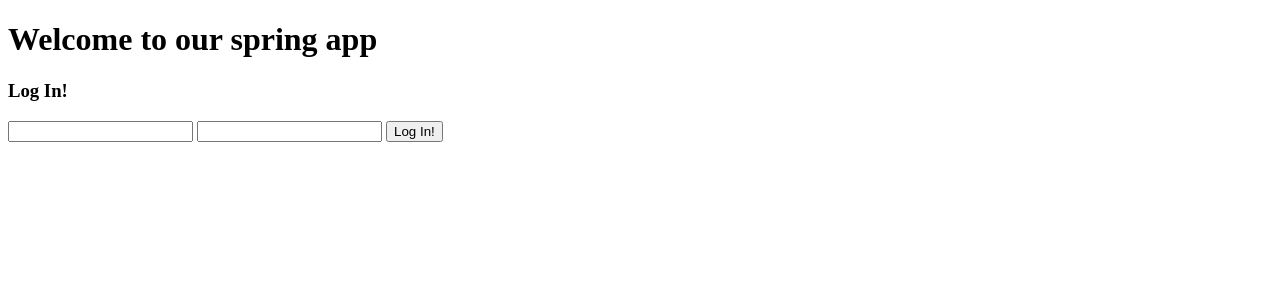
Repository: 10michael30/RevatureNotes
Page: Week6_Spring/spring-mvc/src/main/webapp/static/home.html
The author's editor kept a copy of each file at every save. The page is drawn from the files as they stood at one save, then again after the next save.
The browser window is 1280 px wide. The pictures show the whole page.

Above is the page before, as saved 2018-09-06 17:41:01.

### Week6_Spring/spring-mvc/src/main/webapp/static/home.html
<!DOCTYPE html>
<html>
<head>
<meta charset="ISO-8859-1">
<title>Home</title>
</head>
<body>
<h1>Welcome to our spring app</h1>


<h3>Log In!</h3>

<form action="login" method="post">
<input type="text" name="username"/>
<input type="password" name="password"/>
<input type="submit" value="Log In!"/>


</form>
</body>
</html>

After the next save:
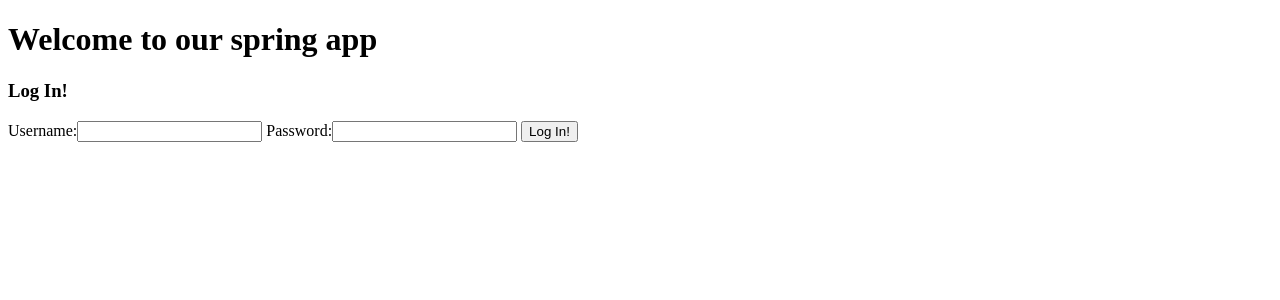
Saved 19 s later.
--- a/Week6_Spring/spring-mvc/src/main/webapp/static/home.html
+++ b/Week6_Spring/spring-mvc/src/main/webapp/static/home.html
@@ -11,8 +11,8 @@
 <h3>Log In!</h3>
 
 <form action="login" method="post">
-<input type="text" name="username"/>
-<input type="password" name="password"/>
+ Username:<input type="text" name="username"/>
+	Password:<input type="password" name="password"/>
 <input type="submit" value="Log In!"/>
 
 
